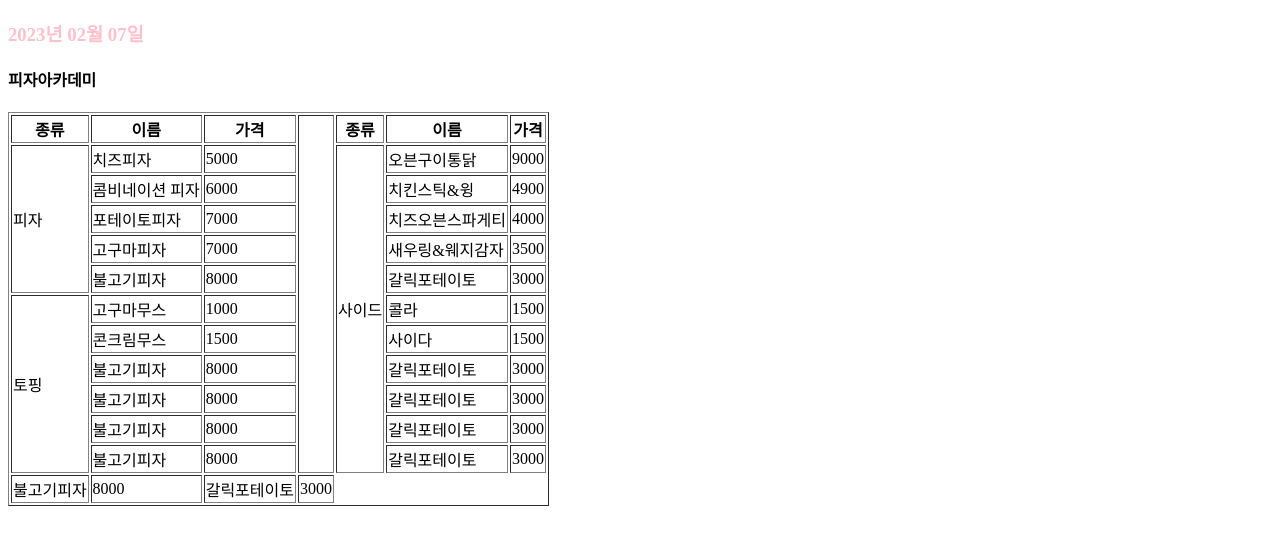
Repository: yejin0220/Web-workspace1
Page: http://localhost/2_JSP/views/04_PizzaOrderForm.jsp
An editor plug-in stored every save of this project. The page is shown before and after the next save, followed by the edit.
The browser window is 1280 px wide. The pictures show the whole page.
The page is served by Tomcat 9.

Above is the page before, as saved 2023-02-09 01:04:03.

### 2_JSP/WebContent/views/04_PizzaOrderForm.jsp
<%@ page import="java.util.Date, java.text.SimpleDateFormat" %>
<%@ page language="java" contentType="text/html; charset=UTF-8"
    pageEncoding="UTF-8"%>
<!DOCTYPE html>
<html>
<head>
<meta charset="UTF-8">
<title>피자 주문 페이지</title>
<style>
	h3{color:pink;}
</style>
</head>
<body>

	<%

		Date date = new Date();
		SimpleDateFormat sdf = new SimpleDateFormat("yyyy년 MM월 dd일");
		String today = sdf.format(date);

	%>

	<h3><%= today %></h3>

	<h4>피자아카데미</h4>

	<table border="1">
		<tr>
			<th>종류</th>
			<th>이름</th>
			<th>가격</th>
			<th rowspan="12"></th>
			<th>종류</th>
			<th>이름</th>
			<th>가격</th>
		</tr>
		<tr>
			<td rowspan="5">피자</td>
			<td>치즈피자</td>
			<td>5000</td>
			<td rowspan="11">사이드</td>
			<td>오븐구이통닭</td>
			<td>9000</td>
		</tr>
		<tr>
			<td>콤비네이션 피자</td>
			<td>6000</td>
			<td>치킨스틱&윙</td>
			<td>4900</td>

		</tr>
		<tr>
			<td>포테이토피자</td>
			<td>7000</td>
			<td>치즈오븐스파게티</td>
			<td>4000</td>
		</tr>
		<tr>
			<td>고구마피자</td>
			<td>7000</td>
			<td>새우링&웨지감자</td>
			<td>3500</td>
		</tr>
		<tr>
			<td>불고기피자</td>
			<td>8000</td>
			<td>갈릭포테이토</td>
			<td>3000</td>
		</tr>
		<tr>
			<td rowspan="6">토핑</td>
			<td>고구마무스</td>
			<td>1000</td>
			<td>콜라</td>
			<td>1500</td>
		</tr>
		<tr>
			<td>콘크림무스</td>
			<td>1500</td>
			<td>사이다</td>
			<td>1500</td>
		</tr>
				<tr>
			<td>불고기피자</td>
			<td>8000</td>
			<td>갈릭포테이토</td>
			<td>3000</td>
		</tr>
				<tr>
			<td>불고기피자</td>
			<td>8000</td>
			<td>갈릭포테이토</td>
			<td>3000</td>
		</tr>
				<tr>
			<td>불고기피자</td>
			<td>8000</td>
			<td>갈릭포테이토</td>
			<td>3000</td>
		</tr>
				<tr>
			<td>불고기피자</td>
			<td>8000</td>
			<td>갈릭포테이토</td>
			<td>3000</td>
		</tr>
				<tr>
			<td>불고기피자</td>
			<td>8000</td>
			<td>갈릭포테이토</td>
			<td>3000</td>
		</tr>







	</table>








</body>
</html>

After the next save:
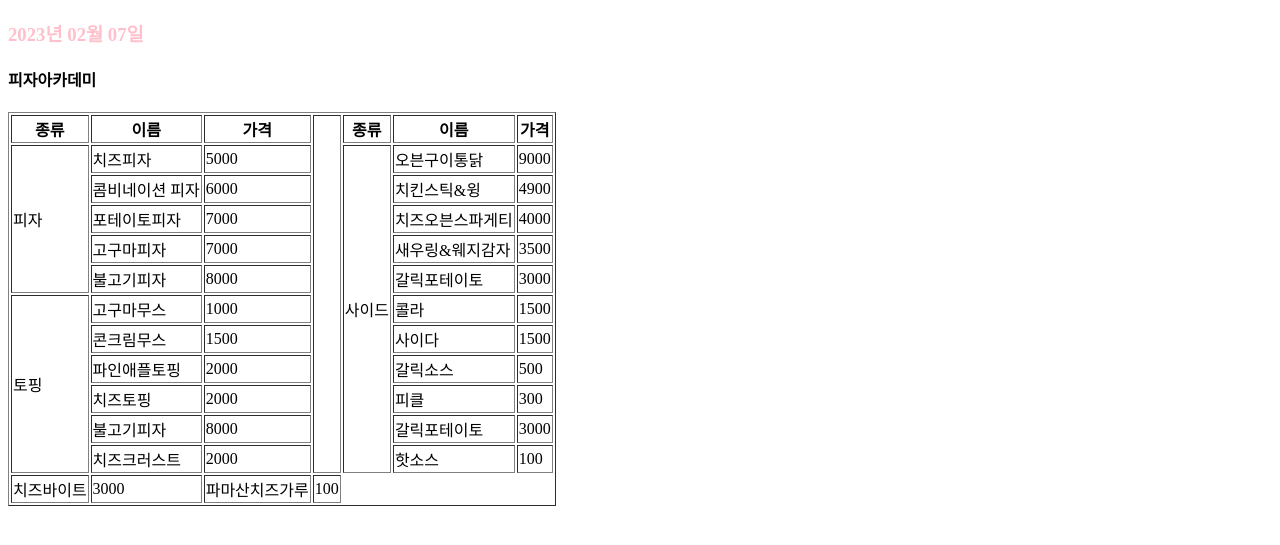
Saved 78 s later.
--- a/2_JSP/WebContent/views/04_PizzaOrderForm.jsp
+++ b/2_JSP/WebContent/views/04_PizzaOrderForm.jsp
@@ -80,11 +80,17 @@
 			<td>사이다</td>
 			<td>1500</td>
 		</tr>
-				<tr>
-			<td>불고기피자</td>
-			<td>8000</td>
-			<td>갈릭포테이토</td>
-			<td>3000</td>
+		<tr>
+			<td>파인애플토핑</td>
+			<td>2000</td>
+			<td>갈릭소스</td>
+			<td>500</td>
+		</tr>
+		<tr>
+			<td>치즈토핑</td>
+			<td>2000</td>
+			<td>피클</td>
+			<td>300</td>
 		</tr>
 				<tr>
 			<td>불고기피자</td>
@@ -92,23 +98,17 @@
 			<td>갈릭포테이토</td>
 			<td>3000</td>
 		</tr>
-				<tr>
-			<td>불고기피자</td>
-			<td>8000</td>
-			<td>갈릭포테이토</td>
+		<tr>
+			<td>치즈크러스트</td>
+			<td>2000</td>
+			<td>핫소스</td>
+			<td>100</td>
+		</tr>
+		<tr>
+			<td>치즈바이트</td>
 			<td>3000</td>
-		</tr>
-				<tr>
-			<td>불고기피자</td>
-			<td>8000</td>
-			<td>갈릭포테이토</td>
-			<td>3000</td>
-		</tr>
-				<tr>
-			<td>불고기피자</td>
-			<td>8000</td>
-			<td>갈릭포테이토</td>
-			<td>3000</td>
+			<td>파마산치즈가루</td>
+			<td>100</td>
 		</tr>
 
 
